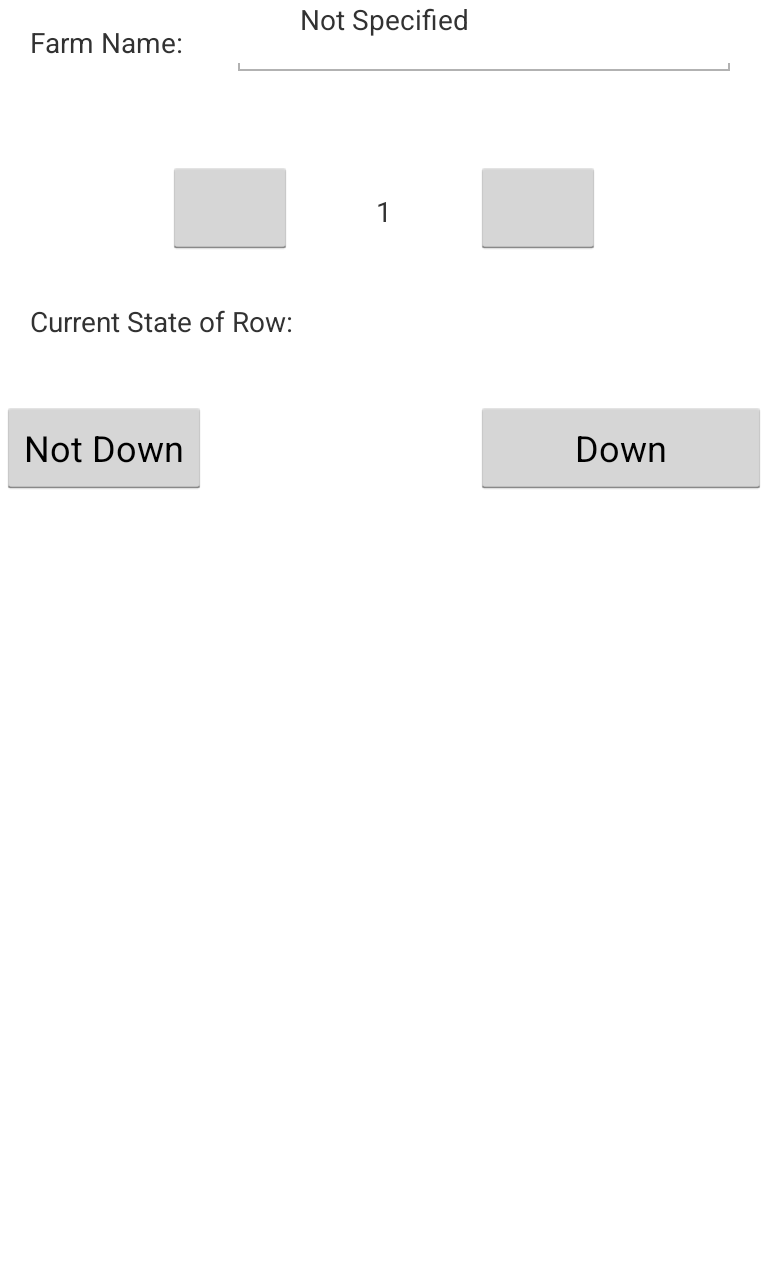
Repository: cokembel/FarmHand
Layout: FarmHand/res/layout/activity_main.xml
An editor plug-in stored every save of this project. The layout is shown before and after the next save, followed by the edit.
It is drawn on a 768 x 1280 px phone screen (xhdpi) without system bars, with theme AppTheme; the app's code is not run.

Above is the layout before, as saved 2012-12-05 10:41:22.

### FarmHand/res/layout/activity_main.xml

    <ScrollView xmlns:android="http://schemas.android.com/apk/res/android"
        android:layout_width="match_parent"
        android:layout_height="match_parent"
        android:layout_alignParentLeft="true"
        android:layout_alignParentTop="true" >

        <RelativeLayout
            android:layout_width="match_parent"
            android:layout_height="wrap_content" >

            <AutoCompleteTextView
                android:id="@+id/farm_name"
                android:layout_width="match_parent"
                android:layout_height="wrap_content"
                android:layout_toRightOf="@+id/farm_label"
                android:layout_alignParentTop="true"

                android:layout_marginRight="15dp"
                android:ems="10" />

            <TextView
                android:id="@+id/farm_label"
                android:layout_width="100dp"
                android:layout_height="wrap_content"
                android:layout_alignBaseline="@id/farm_name"
                android:layout_alignBottom="@id/farm_name"
                android:gravity="left"
                android:layout_marginLeft="15dp"
                android:text="@string/farm_name" />

            <TextView
                android:id="@+id/current_status"
                android:layout_width="match_parent"
                android:layout_height="wrap_content"
                android:layout_alignParentRight="true"
                android:gravity="center"
                android:text="Not Specified" />

             <TextView
                android:id="@+id/row_number"
                android:layout_width="90dp"
                android:layout_height="40dp"
                android:layout_alignBaseline="@+id/prev_row_button"
                android:layout_alignBottom="@+id/prev_row_button"
                android:layout_centerHorizontal="true"
                android:gravity="center"
                android:text="1" />

            <Button
                android:id="@+id/next_row_button"
                android:layout_width="wrap_content"
                android:layout_height="match_parent"
                android:layout_toRightOf="@id/row_number"
                android:layout_alignTop="@id/prev_row_button"
                />

            <Button
                android:id="@+id/prev_row_button"
                android:layout_toLeftOf="@id/row_number"
                android:layout_width="wrap_content"
                android:layout_height="wrap_content"
                android:layout_marginTop="80dp"
               />

            <Button
                android:id="@+id/not_down_button"
                android:layout_width="wrap_content"
                android:layout_height="wrap_content"
                android:layout_marginTop="200dp"
                android:text="Not Down" />

            <Button
                android:id="@+id/down_button"
                android:layout_width="match_parent"
                android:layout_height="wrap_content"
                android:layout_alignBottom="@id/not_down_button"
                android:layout_alignLeft="@+id/next_row_button"
                android:layout_toRightOf="@+id/not_down_button"

                android:text="Down" />
            <TextView android:id="@+id/status_label" android:layout_width="wrap_content" android:layout_height="wrap_content" android:layout_alignLeft="@+id/farm_label" android:layout_below="@+id/prev_row_button" android:layout_marginTop="23dp" android:text="@string/status"/>

        </RelativeLayout>

    </ScrollView>

### FarmHand/res/values/strings.xml
<resources>

    <string name="app_name">FarmHand</string>
    <string name="menu_settings">Settings</string>
    <string name="title_activity_main">FarmHand</string>
    <string name="farm_name">Farm Name:</string>
	<string name="status">Current State of Row:</string>

</resources>

Loaded but not shown: FarmHand/res/values-v11/styles.xml (common file); FarmHand/res/values-v14/styles.xml (common file); FarmHand/res/values/styles.xml (common file)

After the next save:
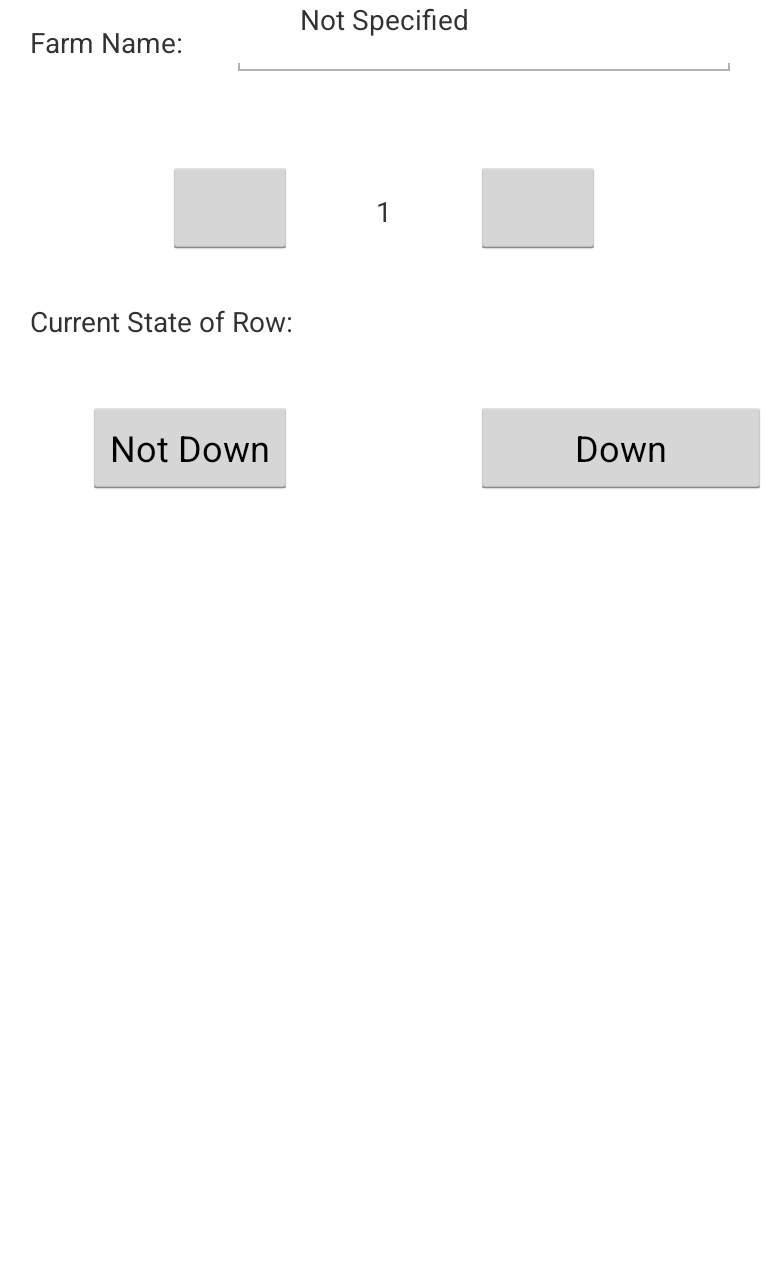
Saved 44 s later.
--- a/FarmHand/res/layout/activity_main.xml
+++ b/FarmHand/res/layout/activity_main.xml
@@ -68,6 +68,7 @@
                 android:layout_width="wrap_content"
                 android:layout_height="wrap_content"
                 android:layout_marginTop="200dp"
+                android:layout_alignRight="@+id/prev_row_button"
                 android:text="Not Down" />
 
             <Button
@@ -76,7 +77,6 @@
                 android:layout_height="wrap_content"
                 android:layout_alignBottom="@id/not_down_button"
                 android:layout_alignLeft="@+id/next_row_button"
-                android:layout_toRightOf="@+id/not_down_button"
 
                 android:text="Down" />
             <TextView android:id="@+id/status_label" android:layout_width="wrap_content" android:layout_height="wrap_content" android:layout_alignLeft="@+id/farm_label" android:layout_below="@+id/prev_row_button" android:layout_marginTop="23dp" android:text="@string/status"/>
